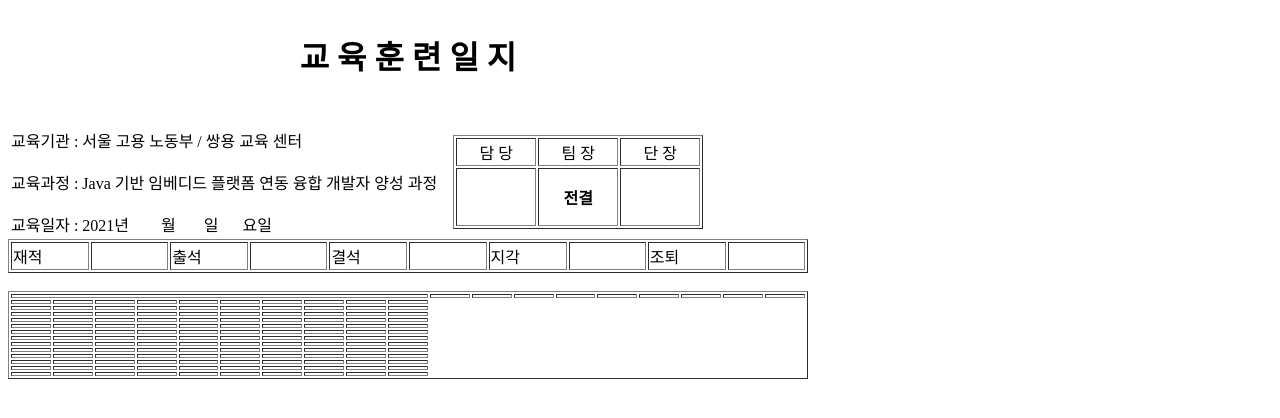
Repository: Hwang-97/HhwDesktop
Page: client/ClientTest/src/main/webapp/html/question/table/q03.html
The author's editor kept a copy of each file at every save. The page is drawn from the files as they stood at one save, then again after the next save.
The browser window is 1280 px wide. The pictures show the whole page.

Above is the page before, as saved 2021-12-10 14:15:27.

### client/ClientTest/src/main/webapp/html/question/table/q03.html
<!DOCTYPE html>
<html>
<head>
<meta charset="UTF-8">
<title>Q03</title>
</head>
<body>
	<table width = "800">
		<tr>
			<td><h1 align="center">교 육 훈 련 일 지</h1></td>
		</tr>
		<tr>
			<td>&nbsp</td>
		</tr>
	</table>
	<table>
		<tr>
			<td>
			교육기관 : 서울 고용 노동부 / 쌍용 교육 센터<br>
			<br>
			교육과정 : Java 기반 임베디드 플랫폼 연동 융합 개발자 양성 과정 &nbsp;&nbsp;<br>
			<br>
			교육일자 : 2021년 &nbsp;&nbsp;&nbsp;&nbsp;&nbsp;&nbsp;&nbsp;월 &nbsp;&nbsp;&nbsp;&nbsp;&nbsp;&nbsp;일 &nbsp;&nbsp;&nbsp;&nbsp;&nbsp;요일<br>
			</td>
			<td align="right">
				<table border width="250">
				<tr>
					<td align="center">담 당</td>
					<td align="center">팀 장	</td>
					<td align="center">단 장</td>
				</tr>
				<tr>
					<td><br><br><br></td>
					<td align="center"><b>전결</b></td>
					<td><br><br><br></td>
				</tr>
			</td>
		</table>
		</tr>
	</table>
	<table border width = "800">
		<tr>
			<td width = "80">재적</td>
			<td width = "80">&nbsp</td>
			<td width = "80">출석</td>
			<td width = "80">&nbsp</td>
			<td width = "80">결석</td>
			<td width = "80">&nbsp</td>
			<td width = "80">지각</td>
			<td width = "80">&nbsp</td>
			<td width = "80">조퇴</td>
			<td width = "80">&nbsp</td>
		</tr>
	</table>
	<br>
	<table border width = "800">
		<tr>
			<td Colspan="10"></td>
			<td></td>
			<td></td>
			<td></td>
			<td></td>

			<td></td>
			<td></td>
			<td></td>
			<td></td>
			<td></td>
		</tr>
		<tr>
			<td></td>
			<td></td>
			<td></td>
			<td></td>
			<td></td>

			<td></td>
			<td></td>
			<td></td>
			<td></td>
			<td></td>
		</tr>
		<tr>
			<td></td>
			<td></td>
			<td></td>
			<td></td>
			<td></td>

			<td></td>
			<td></td>
			<td></td>
			<td></td>
			<td></td>
		</tr>
		<tr>
			<td></td>
			<td></td>
			<td></td>
			<td></td>
			<td></td>

			<td></td>
			<td></td>
			<td></td>
			<td></td>
			<td></td>
		</tr>
		<tr>
			<td></td>
			<td></td>
			<td></td>
			<td></td>
			<td></td>

			<td></td>
			<td></td>
			<td></td>
			<td></td>
			<td></td>
		</tr>
		<tr>
			<td></td>
			<td></td>
			<td></td>
			<td></td>
			<td></td>

			<td></td>
			<td></td>
			<td></td>
			<td></td>
			<td></td>
		</tr>
		<tr>
			<td></td>
			<td></td>
			<td></td>
			<td></td>
			<td></td>

			<td></td>
			<td></td>
			<td></td>
			<td></td>
			<td></td>
		</tr>
		<tr>
			<td></td>
			<td></td>
			<td></td>
			<td></td>
			<td></td>

			<td></td>
			<td></td>
			<td></td>
			<td></td>
			<td></td>
		</tr>
		<tr>
			<td></td>
			<td></td>
			<td></td>
			<td></td>
			<td></td>

			<td></td>
			<td></td>
			<td></td>
			<td></td>
			<td></td>
		</tr>
		<tr>
			<td></td>
			<td></td>
			<td></td>
			<td></td>
			<td></td>

			<td></td>
			<td></td>
			<td></td>
			<td></td>
			<td></td>
		</tr>
		<tr>
			<td></td>
			<td></td>
			<td></td>
			<td></td>
			<td></td>

			<td></td>
			<td></td>
			<td></td>
			<td></td>
			<td></td>
		</tr>
		<tr>
			<td></td>
			<td></td>
			<td></td>
			<td></td>
			<td></td>

			<td></td>
			<td></td>
			<td></td>
			<td></td>
			<td></td>
		</tr>
		<tr>
			<td></td>
			<td></td>
			<td></td>
			<td></td>
			<td></td>

			<td></td>
			<td></td>
			<td></td>
			<td></td>
			<td></td>
		</tr>
		<tr>
			<td></td>
			<td></td>
			<td></td>
			<td></td>
			<td></td>

			<td></td>
			<td></td>
			<td></td>
			<td></td>
			<td></td>
		</tr>
	</table>
</body>
</html>

After the next save:
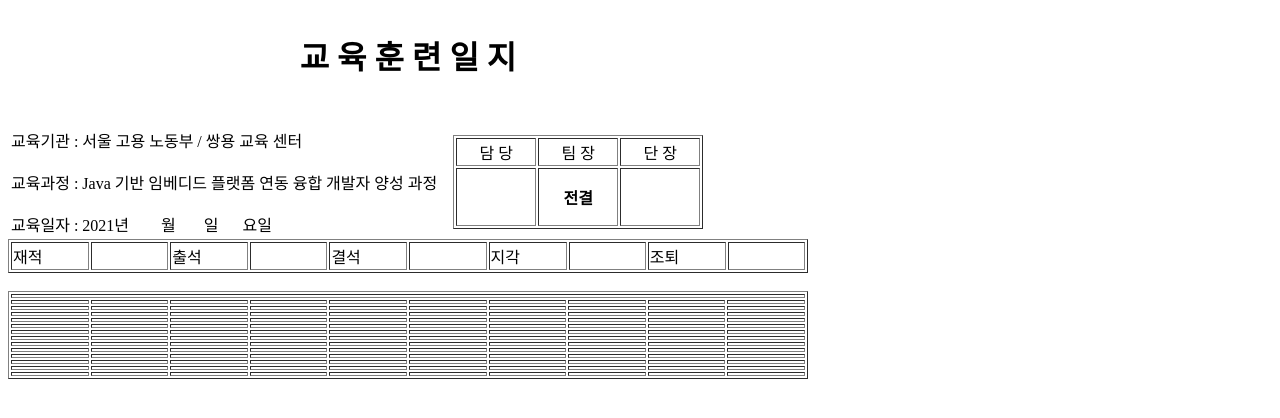
Saved 9 s later.
--- a/client/ClientTest/src/main/webapp/html/question/table/q03.html
+++ b/client/ClientTest/src/main/webapp/html/question/table/q03.html
@@ -56,16 +56,6 @@
 	<table border width = "800">
 		<tr>
 			<td Colspan="10"></td>
-			<td></td>
-			<td></td>
-			<td></td>
-			<td></td>
-
-			<td></td>
-			<td></td>
-			<td></td>
-			<td></td>
-			<td></td>
 		</tr>
 		<tr>
 			<td></td>
